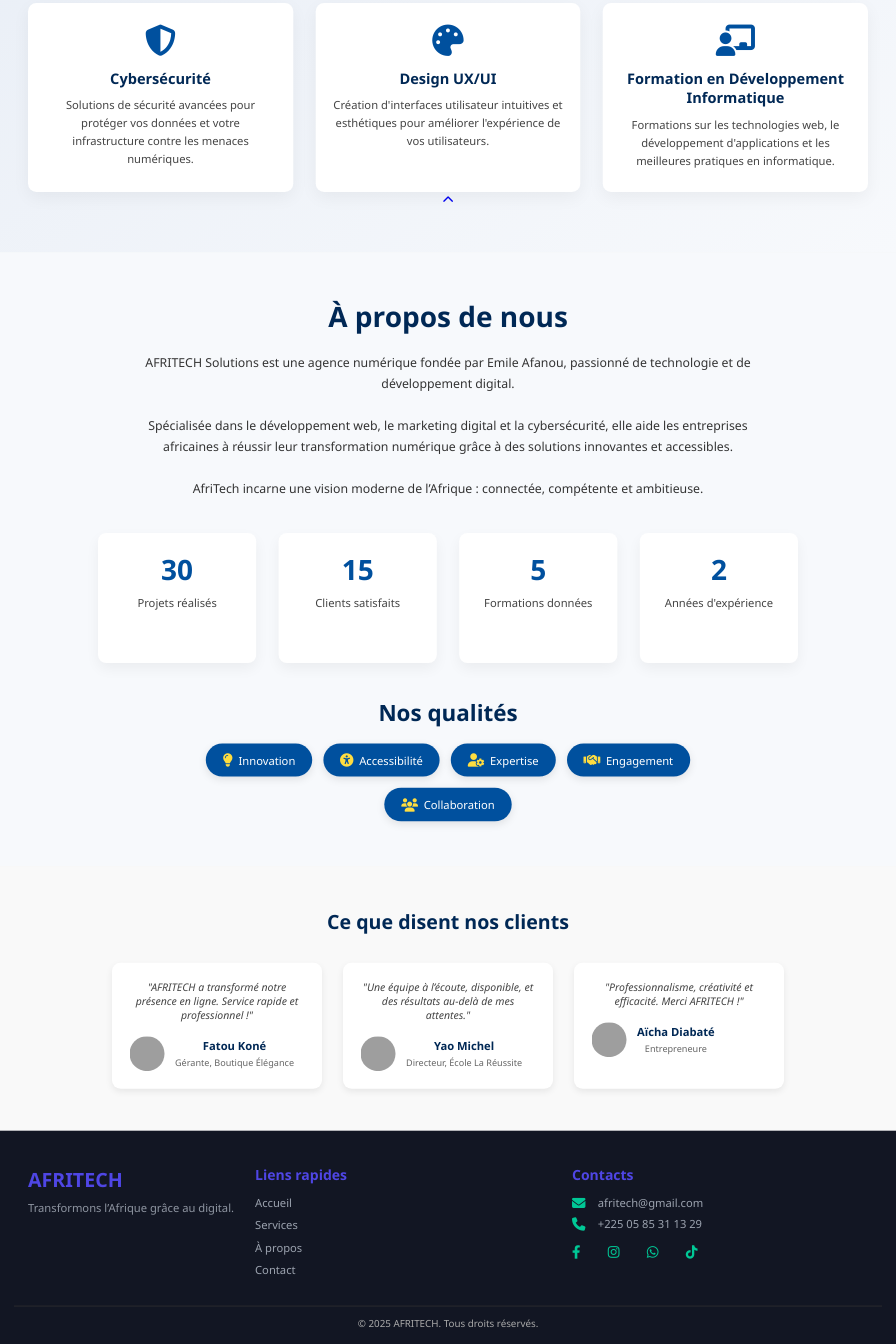
Repository: prestige225/AFRITECH
Page: index.html
The author's editor kept a copy of each file at every save. The page is drawn from the files as they stood at one save, then again after the next save.
The browser window is 1280 px wide. The pictures show the part of the page from y = 936 to 2856 px (the page is 2856 px tall before and 2834 px after), at 70% of full size.
Pictures or frames that could not be fetched are drawn as grey boxes.

Above is the page before, as saved 2025-07-26 00:59:04.
Console error: TypeError: Cannot read properties of null (reading 'addEventListener')

### index.html

<!DOCTYPE html>
<html lang="en">
<head>
    <meta charset="UTF-8">
    <meta name="viewport" content="width=device-width, initial-scale=1.0">
    <!-- Font Awesome CDN -->
<link rel="stylesheet" href="https://cdnjs.cloudflare.com/ajax/libs/font-awesome/6.4.0/css/all.min.css">
<link rel="stylesheet" href="https://cdnjs.cloudflare.com/ajax/libs/font-awesome/6.4.0/css/all.min.css">

    <link rel="stylesheet" href="style.css">

    <title>AFRITECH</title>
</head>
<body>
    <header>
        <div class="logo">
            <img src="image/logo.jpg" alt="AfanouTech Logo">
            <h1><span>AFRI</span>TECH</h1>
        </div>

         <!-- Bouton hamburger visible sur mobile -->
  <div class="menu-toggle" id="menu-toggle">
    <i class="fas fa-bars"></i>
  </div>


       <nav>
  <ul>
    <li><a href="index.html"><i class="fas fa-home"></i> Accueil</a></li>
    <li><a href="#services"><i class="fas fa-tools"></i> Services</a></li>
    <li><a href="#about"><i class="fas fa-info-circle"></i> À Propos</a></li>
    <li><a href="#contacts" id="openModalLink"><i class="fas fa-envelope"></i> Contact</a></li>

    <li><a href="#qualité"><i class="fas fa-project-diagram"></i> Nos Qualités</a></li>
  </ul>
</nav>

    </header>

<!-- hero -->
 <section class="hero">
    <div class="hero-content">
        <h1>Solutions numériques innovantes pour l'Afrique</h1>

        <p>Nous créons des expériences web exceptionnelles et des stratégies marketing digitales qui propulsent votre entreprise vers le succès.</p>
        <a href="#contacts" class="btn">Contactez-nous</a>
        <a href="#services" class="btn">Nos Services</a>

    </div>
    <div class="hero-image">
        <img src="image/emile.jpg" alt="Image d'accueil">
    </div>

    <div class="couleurpassante en design">

    </div>

 </section>


 <!-- SECTION SERVICES -->
  <section id="services" class="services-section">
            <h2>Nos Services</h2>
    <div class="services">

        <div class="service-item">
            <i class="fas fa-laptop-code"></i>
            <h3>Développement Web</h3>
            <p>Sites vitrines, e-commerce, applications web sur mesure adaptés à vos besoins spécifiques et optimisés pour tous les appareils.</p>
        </div>
        <div class="service-item">
            <i class="fas fa-mobile-alt"></i>
            <h3>Applications Mobiles</h3>
            <p>Développement d'applications mobiles natives et hybrides pour iOS et Android, offrant une expérience utilisateur exceptionnelle.</p>
        </div>
        <div class="service-item">
            <i class="fas fa-chart-line"></i>
            <h3>Marketing Digital</h3>
            <p>Stratégies de marketing digital personnalisées, SEO, publicité en ligne et gestion des réseaux sociaux pour augmenter votre visibilité.</p>
        </div>
        <div class="service-item">
            <i class="fas fa-shield-alt"></i>
            <h3>Cybersécurité</h3>
            <p>Solutions de sécurité avancées pour protéger vos données et votre infrastructure contre les menaces numériques.</p>
        </div>
        <div class="service-item">
            <i class="fas fa-palette"></i>
            <h3>Design UX/UI</h3>
            <p>Création d'interfaces utilisateur intuitives et esthétiques pour améliorer l'expérience de vos utilisateurs.</p>
        </div>

        <div class="service-item">
            <i class="fas fa-chalkboard-teacher"></i>
            <h3>Formation en Développement Informatique</h3>
            <p>Formations sur les technologies web, le développement d'applications et les meilleures pratiques en informatique.</p>
            </div>
    </div>


     <!-- Flèche retour en haut -->
  <a href="#" class="scroll-to-top" aria-label="Retour en haut">
    <i class="fas fa-chevron-up"></i>
  </a>


  </section>
<!-- SECTION apropos -->
<section id="about" class="about-section">
  <h2>À propos de nous</h2>
  <p>
    AFRITECH Solutions est une agence numérique fondée par Emile Afanou, passionné de technologie et de développement digital.<br><br>
    Spécialisée dans le développement web, le marketing digital et la cybersécurité, elle aide les entreprises africaines à réussir leur transformation numérique grâce à des solutions innovantes et accessibles.<br><br>
    AfriTech incarne une vision moderne de l’Afrique : connectée, compétente et ambitieuse.
  </p>

  <!-- COMPTEURS -->
  <div class="counters" id="qualité">
    <div class="counter-box">
      <span class="counter" data-target="30">0</span>
      <p>Projets réalisés</p>
    </div>
    <div class="counter-box">
      <span class="counter" data-target="15">0</span>
      <p>Clients satisfaits</p>
    </div>
    <div class="counter-box">
      <span class="counter" data-target="5">0</span>
      <p>Formations données</p>
    </div>
    <div class="counter-box">
      <span class="counter" data-target="2">0</span>
      <p>Années d'expérience</p>
    </div>
  </div>

  <!-- NOS QUALITÉS -->
  <div class="nos-qualites">
    <h3>Nos qualités</h3>
    <ul>
      <li><i class="fas fa-lightbulb"></i> Innovation</li>
      <li><i class="fas fa-universal-access"></i> Accessibilité</li>
      <li><i class="fas fa-user-cog"></i> Expertise</li>
      <li><i class="fas fa-handshake"></i> Engagement</li>
      <li><i class="fas fa-users"></i> Collaboration</li>
    </ul>
  </div>


  <!-- Bouton pour ouvrir la modale -->
<!-- <button id="openModalBtn" class="open-modal-btn">Contactez-nous</button> -->

<!-- Modale -->
<div id="contactModal" class="modal">
  <div class="modal-content">
    <span id="closeModalBtn" class="close-btn">&times;</span>
    <h2>Contactez-nous</h2>
    <form action="https://formspree.io/f/mabcxyz" method="POST">
      <input type="text" name="name" placeholder="Votre nom" required autocomplete="off" />
      <input type="email" name="email" placeholder="Votre email" required autocomplete="off" />
      <textarea name="message" rows="5" placeholder="Votre message" required></textarea>
      <button type="submit" class="btn">Envoyer</button>
    </form>
  </div>
</div>
</section>


<section id="temoignages" class="temoignages-section">
  <h2>Ce que disent nos clients</h2>
  <div class="temoignages-container">

    <div class="temoignage">
      <p class="message">"AFRITECH a transformé notre présence en ligne. Service rapide et professionnel !"</p>
      <div class="auteur">
        <img src="https://cdn-icons-png.flaticon.com/512/147/147144.png" alt="Avatar femme">
        <div>
          <h4>Fatou Koné</h4>
          <span>Gérante, Boutique Élégance</span>
        </div>
      </div>
    </div>

    <div class="temoignage">
      <p class="message">"Une équipe à l’écoute, disponible, et des résultats au-delà de mes attentes."</p>
      <div class="auteur">
        <img src="https://cdn-icons-png.flaticon.com/512/147/147142.png" alt="Avatar homme">
        <div>
          <h4>Yao Michel</h4>
          <span>Directeur, École La Réussite</span>
        </div>
      </div>
    </div>

    <div class="temoignage">
      <p class="message">"Professionnalisme, créativité et efficacité. Merci AFRITECH !"</p>
      <div class="auteur">
        <img src="https://cdn-icons-png.flaticon.com/512/147/147140.png" alt="Avatar femme">
        <div>
          <h4>Aïcha Diabaté</h4>
          <span>Entrepreneure</span>
        </div>
      </div>
    </div>

  </div>
</section>



<footer class="footer">
  <div class="footer-container">
    <div class="footer-brand">
      <h2>AFRITECH</h2>
      <p>Transformons l’Afrique grâce au digital.</p>
    </div>

    <div class="footer-links">
      <h4>Liens rapides</h4>
      <ul>
        <li><a href="#">Accueil</a></li>
        <li><a href="#services">Services</a></li>
        <li><a href="#about">À propos</a></li>
        <li><a href="#contacts">Contact</a></li>
      </ul>
    </div>

    <div class="footer-contact">
      <h4 id="contacts">Contacts</h4>
      <p><i class="fas fa-envelope"></i> afritech@gmail.com</p>
      <p><i class="fas fa-phone"></i> +225 05 85 31 13 29</p>
      <div class="social-icons">
        <a href="#" aria-label="Facebook"><i class="fab fa-facebook-f"></i></a>
        <a href="#" aria-label="Instagram"><i class="fab fa-instagram"></i></a>
        <a href="https://wa.me/2250585311329" target="_blank" aria-label="WhatsApp">
          <i class="fab fa-whatsapp"></i>
        </a>
        <a href="#" aria-label="TikTok"><i class="fab fa-tiktok"></i></a>
      </div>
    </div>
  </div>

  <div class="footer-bottom">
    <p>© 2025 AFRITECH. Tous droits réservés.</p>
  </div>
</footer>
<!-- Flèche retour en haut -->


    <script src="index.js"></script>

    <!-- Bouton flèche vers le haut -->


    <!--  -->
</body>



</html>

### style.css

/* ========== RESET ========== */
* {
  margin: 0;
  padding: 0;
  box-sizing: border-box;
}

/* ========== GLOBAL ========== */
body {
  font-family: 'Segoe UI', sans-serif;
  background-color: #f4f4f4;
  color: #333;
}

/* ========== HEADER ========== */
header {
  background-color: #002855;
  color: white;
  padding: 1rem 2rem;
  display: flex;
  justify-content: space-between;
  align-items: center;
  flex-wrap: wrap;
  position: relative;
}

/* Logo */
.logo {
  display: flex;
  align-items: center;
  gap: 10px;
}

.logo img {
  width: 40px;
  height: 40px;
}

.logo h1 {
  font-size: 1.5rem;
  font-weight: bold;
}

.logo span {
  color: #ff8000;
}

/* Navigation */
nav ul {
  list-style: none;
  display: flex;
  gap: 1.5rem;
}

nav a {
  color: white;
  text-decoration: none;
  font-weight: 500;
  transition: 0.3s;
}

nav a:hover {
  color: #ff8000;
}

/* Hamburger button */
.menu-toggle {
  display: none;
  font-size: 1.8rem;
  color: white;
  cursor: pointer;
}

/* ========== RESPONSIVE ========== */
@media (max-width: 768px) {
  nav {
    width: 100%;
  }

  nav ul {
    flex-direction: column;
    background-color: #002855;
    position: absolute;
    top: 100%;
    left: 0;
    right: 0;
    display: none;
    padding: 1rem;
    z-index: 10;
  }

  nav ul.active {
    display: flex;
  }

  .menu-toggle {
    display: block;
  }
}
/* 🎯 SECTION HERO MODERNE */
.hero {
  display: flex;
  flex-wrap: wrap;
  align-items: center;
  justify-content: space-between;
  padding: 3rem 2rem;
  background: linear-gradient(to right, #002855, #00509e);
  color: white;
  position: relative;
  overflow: hidden;
}

/* Contenu texte */
.hero-content {
  flex: 1 1 50%;
  max-width: 600px;
  z-index: 1;
}

.hero-content h1 {
  font-size: 2.5rem;
  margin-bottom: 1rem;
}

.hero-content p {
  font-size: 1.1rem;
  margin-bottom: 2rem;
  line-height: 1.6;
}

/* Boutons */
.hero-content .btn {
  display: inline-block;
  background-color: #ff8000;
  color: white;
  padding: 0.8rem 1.5rem;
  margin-right: 1rem;
  border-radius: 5px;
  text-decoration: none;
  font-weight: bold;
  transition: background 0.3s ease;
}

.hero-content .btn:hover {
  background-color: #e67300;
}

/* Image d’accueil */
.hero-image {
  flex: 1 1 40%;
  text-align: center;
  z-index: 1;
}

.hero-image img {
  width: 100%;
  max-width: 400px;
  height: auto;
  border-radius: 15px;
}

/* Effet décoratif de fond (couleurpassante) */
.couleurpassante {
  position: absolute;
  top: -50px;
  right: -50px;
  width: 300px;
  height: 300px;
  background: radial-gradient(circle, #ffffff22, transparent 70%);
  border-radius: 50%;
  animation: flotter 10s infinite alternate;
  z-index: 0;
}

/* Animation douce */
@keyframes flotter {
  0% {
    transform: translateY(0) rotate(0deg);
  }
  100% {
    transform: translateY(20px) rotate(20deg);
  }
}

/* 📱 Responsive */
@media (max-width: 768px) {
  .hero {
    flex-direction: column;
    text-align: center;
  }

  .hero-content, .hero-image {
    flex: 1 1 100%;
    max-width: 100%;
  }

  .hero-content h1 {
    font-size: 2rem;
  }

  .hero-content p {
    font-size: 1rem;
  }

  .hero-content .btn {
    margin-bottom: 1rem;
  }
}


/* ========== SECTION SERVICES ========== */
.services-section {
  padding: 4rem 2rem;
  background: linear-gradient(to bottom right, #e6ecf5, #f7f9fc);
  text-align: center;
}

.services-section h2 {
  font-size: 2.5rem;
  margin-bottom: 3rem;
  color: #002855;
  font-weight: 700;
}

/* Container de toutes les cartes */
.services {
  display: grid;
  grid-template-columns: repeat(auto-fit, minmax(280px, 1fr));
  gap: 2rem;
  max-width: 1200px;
  margin: 0 auto;
}

/* Style individuel des services */
.service-item {
  background-color: #ffffff;
  border-radius: 12px;
  padding: 2rem 1.5rem;
  box-shadow: 0 8px 25px rgba(0, 0, 0, 0.05);
  transition: transform 0.3s ease, box-shadow 0.3s ease;
}

.service-item:hover {
  transform: translateY(-8px);
  box-shadow: 0 12px 30px rgba(0, 0, 0, 0.1);
}

/* Icône */
.service-item i {
  font-size: 2.8rem;
  color: #00509e;
  margin-bottom: 1rem;
}

/* Titre */
.service-item h3 {
  font-size: 1.3rem;
  margin-bottom: 0.8rem;
  color: #002855;
  font-weight: 600;
}

/* Paragraphe */
.service-item p {
  font-size: 1rem;
  line-height: 1.6;
  color: #444;
}


/* ===== SECTION À PROPOS ===== */
.about-section {
  padding: 4rem 2rem;
  text-align: center;
  background: #f7f9fc;
}

.about-section h2 {
  font-size: 2.5rem;
  color: #002855;
  margin-bottom: 1.5rem;
}

.about-section p {
  max-width: 900px;
  margin: 0 auto 3rem;
  font-size: 1.1rem;
  line-height: 1.8;
  color: #333;
}

/* ===== SECTION À PROPOS ===== */
.about-section {
  padding: 4rem 2rem;
  text-align: center;
  background: #f7f9fc;
  font-family: 'Segoe UI', Tahoma, Geneva, Verdana, sans-serif;
}

.about-section h2 {
  font-size: 2.5rem;
  color: #002855;
  margin-bottom: 1.5rem;
  font-weight: 700;
}

.about-section p {
  max-width: 900px;
  margin: 0 auto 3rem;
  font-size: 1.1rem;
  line-height: 1.7;
  color: #333;
}

.about-section {
  padding: 4rem 2rem;
  text-align: center;
  background: #f7f9fc;
  font-family: 'Segoe UI', Tahoma, Geneva, Verdana, sans-serif;
}

.about-section h2 {
  font-size: 2.5rem;
  color: #002855;
  margin-bottom: 1.5rem;
  font-weight: 700;
}

.about-section p {
  max-width: 900px;
  margin: 0 auto 3rem;
  font-size: 1.1rem;
  line-height: 1.7;
  color: #333;
}

/* Compteurs */
.counters {
  display: grid;
  grid-template-columns: repeat(auto-fit, minmax(160px, 1fr));
  gap: 2rem;
  max-width: 1000px;
  margin: 0 auto 3rem;
}

.counter-box {
  background: #fff;
  border-radius: 12px;
  padding: 1.5rem;
  box-shadow: 0 8px 20px rgba(0, 0, 0, 0.05);
  transition: transform 0.3s ease;
}

.counter-box:hover {
  transform: translateY(-5px);
}

.counter {
  font-size: 2.5rem;
  font-weight: 700;
  color: #00509e;
  display: block;
}

.counter-box p {
  margin-top: 0.5rem;
  font-size: 1rem;
  color: #444;
}

/* Nos qualités */
.nos-qualites {
  margin-top: 3rem;
  max-width: 800px;
  margin-left: auto;
  margin-right: auto;
  text-align: center;
}

.nos-qualites h3 {
  font-size: 2rem;
  color: #002855;
  margin-bottom: 1.5rem;
  font-weight: 700;
}

.nos-qualites ul {
  list-style: none;
  padding: 0;
  display: flex;
  flex-wrap: wrap;
  justify-content: center;
  gap: 1rem;
}

.nos-qualites li {
  background-color: #00509e;
  color: #fff;
  padding: 0.8rem 1.5rem;
  border-radius: 25px;
  font-size: 1rem;
  font-weight: 500;
  box-shadow: 0 4px 12px rgba(0, 0, 0, 0.1);
  display: flex;
  align-items: center;
  gap: 0.5rem;
  transition: background 0.3s ease;
}

.nos-qualites li:hover {
  background-color: #003f7f;
}

.nos-qualites li i {
  color: #ffdd40;
  font-size: 1.2rem;
}

/* Responsive */
@media (max-width: 768px) {
  .about-section h2 {
    font-size: 2rem;
  }

  .about-section p {
    font-size: 1rem;
    padding: 0 1rem;
  }

  .counter {
    font-size: 2rem;
  }

  .counter-box p {
    font-size: 0.95rem;
  }

  .nos-qualites li {
    font-size: 0.95rem;
    padding: 0.7rem 1.2rem;
  }
}

@media (max-width: 480px) {
  .counters {
    grid-template-columns: 1fr;
  }

  .nos-qualites ul {
    flex-direction: column;
    gap: 1rem;
  }

  .nos-qualites li {
    justify-content: center;
  }
}


/* Bouton pour ouvrir la modale */
.open-modal-btn {
  padding: 10px 20px;
  background-color: #00509e;
  color: white;
  border: none;
  border-radius: 25px;
  cursor: pointer;
  font-size: 1rem;
  margin: 2rem auto;
  display: block;
}

.open-modal-btn:hover {
  background-color: #003f7f;
}

/* Bouton ouvrir modale */
.open-modal-btn {
  padding: 10px 20px;
  background-color: #00509e;
  color: white;
  border: none;
  border-radius: 25px;
  cursor: pointer;
  font-size: 1rem;
  display: inline-block;
  margin: 1rem auto;
}

.open-modal-btn:hover {
  background-color: #003f7f;
}

/* Modale masquée par défaut */
.modal {
  display: none;
  position: fixed;
  z-index: 10000;
  top: 0; left: 0;
  width: 100vw;
  height: 100vh;
  background-color: rgba(0,0,0,0.7);
  justify-content: center;
  align-items: center;
  padding: 1rem;
}

/* Afficher modale */
.modal.show {
  display: flex;
}

/* Contenu modale */
.modal-content {
  background-color: #fff;
  border-radius: 10px;
  max-width: 500px;
  width: 100%;
  padding: 2rem;
  position: relative;
  box-shadow: 0 0 15px rgba(0,0,0,0.3);
  animation: fadeInScale 0.3s ease forwards;
}

@keyframes fadeInScale {
  from {opacity: 0; transform: scale(0.9);}
  to {opacity: 1; transform: scale(1);}
}

.modal-content h2 {
  color: #003f7f;
  margin-bottom: 1rem;
  text-align: center;
}

.modal-content form {
  display: flex;
  flex-direction: column;
  gap: 1rem;
}

input, textarea {
  padding: 1rem;
  font-size: 1rem;
  border-radius: 8px;
  border: 1px solid #ccc;
  outline: none;
  font-family: inherit;
  transition: border-color 0.3s ease;
}

input:focus, textarea:focus {
  border-color: #00509e;
}

button.btn {
  background-color: #00509e;
  color: white;
  padding: 0.9rem;
  font-weight: 600;
  border: none;
  border-radius: 25px;
  cursor: pointer;
  font-size: 1rem;
  transition: background-color 0.3s ease;
}

button.btn:hover {
  background-color: #003f7f;
}

/* Bouton fermer modale */
.close-btn {
  position: absolute;
  top: 15px;
  right: 15px;
  font-size: 1.8rem;
  color: #777;
  cursor: pointer;
  transition: color 0.3s ease;
}

.close-btn:hover {
  color: #000;
}

/* Responsive */
@media (max-width: 600px) {
  .modal-content {
    padding: 1.5rem;
  }
}

.footer {
  background: #121623;
  color: #d1d5db;
  padding: 3rem 1rem 1rem;
  font-family: 'Segoe UI', Tahoma, Geneva, Verdana, sans-serif;
}

.footer-container {
  max-width: 1100px;
  margin: 0 auto;
  display: flex;
  flex-wrap: wrap;
  gap: 3rem;
  justify-content: space-between;
}

.footer-brand h2 {
  font-size: 2rem;
  color: #4f46e5; /* violet doux */
  margin-bottom: 0.5rem;
  font-weight: 700;
}

.footer-brand p {
  font-size: 1rem;
  color: #9ca3af;
  max-width: 250px;
}

.footer-links,
.footer-contact {
  flex: 1 1 220px;
}

.footer-links h4,
.footer-contact h4 {
  font-size: 1.2rem;
  color: #e0e7ff;
  margin-bottom: 1rem;
  font-weight: 600;
}

.footer-links ul {
  list-style: none;
  padding: 0;
}

.footer-links ul li {
  margin-bottom: 0.7rem;
}

.footer-links ul li a {
  color: #9ca3af;
  text-decoration: none;
  transition: color 0.3s ease;
  font-weight: 500;
}

.footer-links ul li a:hover {
  color: #4f46e5;
}

.footer-contact p {
  display: flex;
  align-items: center;
  gap: 0.6rem;
  margin-bottom: 1rem;
  font-weight: 500;
  color: #9ca3af;
}

.footer-contact i {
  color: #4f46e5;
  font-size: 1.2rem;
}

.social-icons {
  display: flex;
  gap: 1rem;
  margin-top: 0.5rem;
}

.social-icons a {
  color: #9ca3af;
  font-size: 1.4rem;
  transition: color 0.3s ease;
}

.social-icons a:hover {
  color: #4f46e5;
}

/* === Footer Styling === */
/* FontAwesome nécessaire */
@import url('https://cdnjs.cloudflare.com/ajax/libs/font-awesome/5.15.4/css/all.min.css');

.footer {
  background: #121623;
  color: #fff;
  padding: 50px 20px 20px;
  font-family: 'Segoe UI', sans-serif;
}

.footer-container {
  display: flex;
  flex-wrap: wrap;
  justify-content: space-between;
  max-width: 1200px;
  margin: auto;
  gap: 30px;
}

.footer h2 {
  font-size: 28px;
  margin-bottom: 10px;
  color: #4f46e5;
}

.footer-brand p {
  max-width: 300px;
  font-size: 16px;
  line-height: 1.5;
  opacity: 0.9;
  color: #9ca3af;
}

.footer-links h4,
.footer-contact h4 {
  margin-bottom: 15px;
  color: #4f46e5;
  font-size: 20px;
}

.footer-links ul {
  list-style: none;
  padding: 0;
}

.footer-links ul li {
  margin-bottom: 10px;
}

.footer-links ul li a {
  color: #9ca3af;
  text-decoration: none;
  transition: color 0.3s ease;
}

.footer-links ul li a:hover {
  color: #00c896;

}

.footer-contact p {
  margin: 8px 0;
  font-size: 16px;
  color: #9ca3af;
}

.footer-contact i {
  margin-right: 8px;
  color: #00c896;
}

.social-icons {
  margin-top: 15px;
}

.social-icons a {
  color: #fff;
  margin-right: 15px;
  font-size: 20px;
  transition: transform 0.3s ease, color 0.3s;
   color: #4f46e5;
}

.social-icons a:hover {
  color: #00c896;
  transform: scale(1.2);
}

.footer-bottom {
  border-top: 1px solid #333;
  margin-top: 30px;
  text-align: center;
  padding-top: 15px;
  font-size: 14px;
  color: #aaa;
}

/* Responsive */
@media screen and (max-width: 768px) {
  .footer-container {
    flex-direction: column;
    align-items: flex-start;
  }

  .footer-brand,
  .footer-links,
  .footer-contact {
    width: 100%;
    margin-bottom: 30px;
  }

  .social-icons {
    display: flex;
    justify-content: flex-start;
    flex-wrap: wrap;
  }
}


html {
  scroll-behavior: smooth;
}


.temoignages-section {
  padding: 60px 20px;
  background-color: #f9f9f9;
  text-align: center;
}

.temoignages-section h2 {
  font-size: 28px;
  margin-bottom: 40px;
  color: #002855;
  font-weight: 700

}

.temoignages-container {
  display: flex;
  flex-wrap: wrap;
  justify-content: center;
  gap: 30px;
}

.temoignage {
  background: white;
  padding: 25px;
  max-width: 300px;
  border-radius: 12px;
  box-shadow: 0 4px 10px rgba(0,0,0,0.08);
  transition: transform 0.3s ease;
}

.temoignage:hover {
  transform: translateY(-5px);
}

.message {
  font-style: italic;
  font-size: 15px;
  color: #444;
  margin-bottom: 20px;
}

.auteur {
  display: flex;
  align-items: center;
  gap: 15px;
}

.auteur img {
  width: 50px;
  height: 50px;
  border-radius: 50%;
  object-fit: cover;
}

.auteur h4 {
  margin: 0;
  font-size: 16px;
  color: #002855;
}

.auteur span {
  font-size: 13px;
  color: #666;
}

@media (max-width: 768px) {
  .temoignages-container {
    flex-direction: column;
    align-items: center;
  }
}

Loaded but not shown: index.js (80 lines, source omitted)

After the next save:
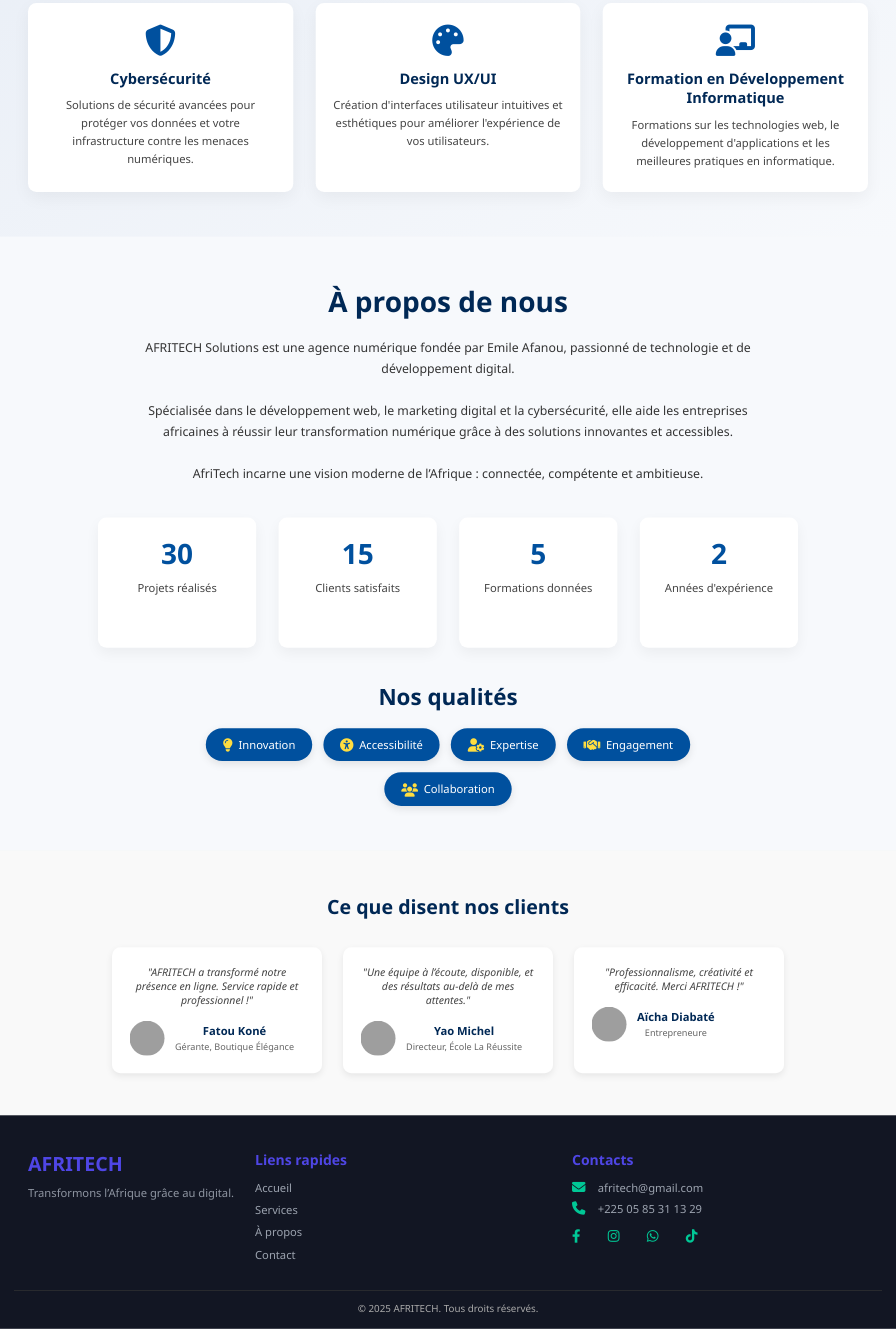
Saved 22 s later.
--- a/style.css
+++ b/style.css
@@ -880,3 +880,35 @@ html {
     align-items: center;
   }
 }
+
+ /* Flèche */
+    .scroll-to-top {
+      position: fixed;
+      bottom: 25px;
+      right: 25px;
+      background: linear-gradient(135deg, #004AAD, #00C2CB);
+      color: white;
+      border-radius: 50%;
+      padding: 15px;
+      font-size: 20px;
+      z-index: 999;
+      cursor: pointer;
+      box-shadow: 0 4px 15px rgba(0, 0, 0, 0.3);
+      opacity: 0;
+      visibility: hidden;
+      transform: translateY(20px);
+      transition: opacity 0.4s ease, transform 0.4s ease;
+    }
+
+    /* Quand on scrolle */
+    .scroll-to-top.show {
+      opacity: 1;
+      visibility: visible;
+      transform: translateY(0);
+    }
+
+    /* Effet au survol */
+    .scroll-to-top:hover {
+      background: linear-gradient(135deg, #00C2CB, #004AAD);
+      transform: translateY(-5px) scale(1.1);
+    }
